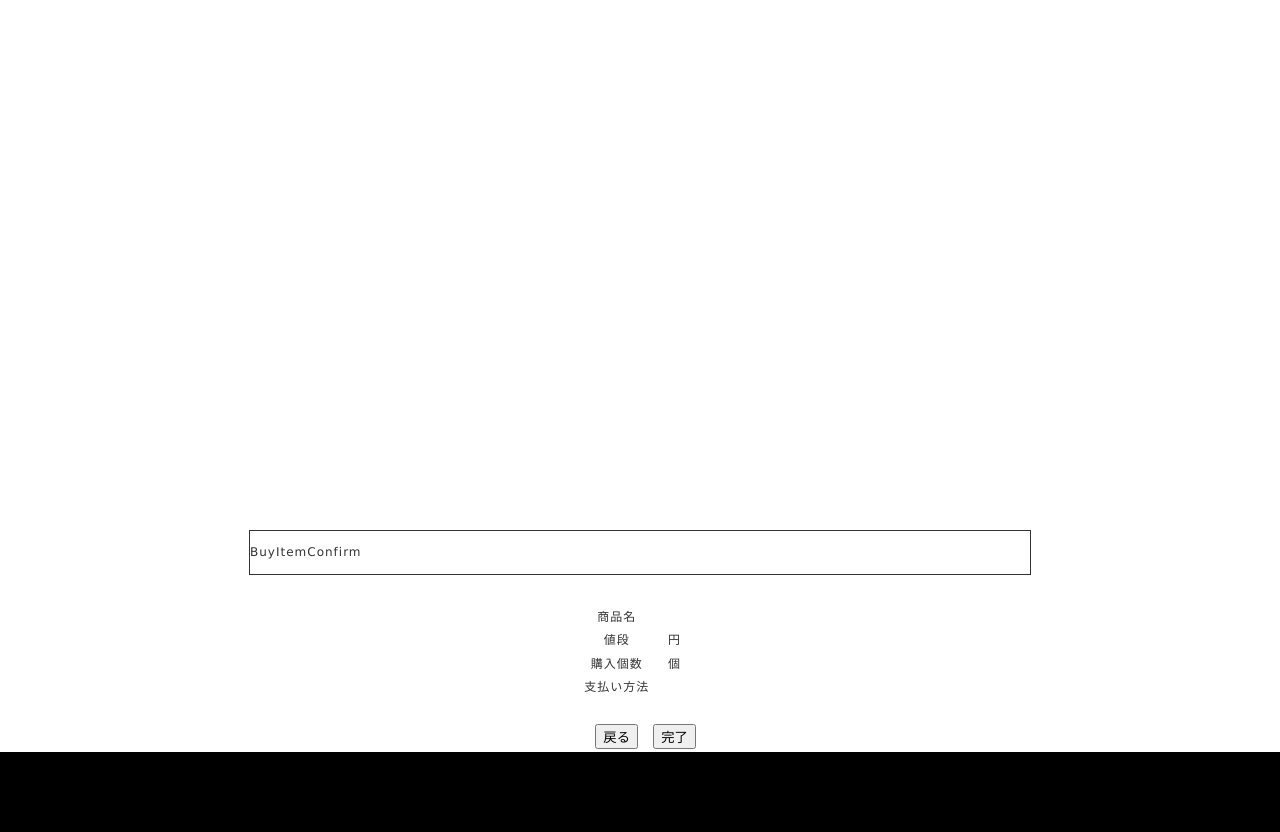
Repository: Sato718/backup
Page: http://localhost/ecsite/buyItemConfirm.jsp
An editor plug-in stored every save of this project. The page is shown before and after the next save, followed by the edit.
The browser window is 1280 px wide. The pictures show the whole page.
Some web libraries are served in a nearby version. The page is served by Tomcat 9. Other server files are loaded and not shown.

Above is the page before, as saved 2017-12-25 05:06:55.

### ecsite/WebContent/buyItemConfirm.jsp

<%@ page language="java" contentType="text/html; charset=UTF-8"
	pageEncoding="UTF-8"%>
<%@ taglib prefix="s" uri="/struts-tags" %>

<!DOCTYPE html>
<html>
<head>
	<meta charset="utf-8">
	<meta http-equiv="Content-Type" content="text/html; charset=utf-8" />
	<meta http-equiv="Content-Style-Type" content="text/css" />
	<meta http-equiv="Content-Script-Type" content="text/javascript" />
	<meta http-equiv="imagetoolbar" content="no" />
	<meta name="description" content="" />
	<meta name="keywords" content="" />
	<meta charset="utf-8">
	<script src="http://ajax.googleapis.com/ajax/libs/jquery/1.9.1/jquery.min.js">
	</script>
	<title>BuyItemConfirm画面</title>
	<style type="text/css">
	/* ========TAG LAYOUT======== */
		body {
			margin:0;
			padding:0;
			line-height:1.6;
			letter-spacing:1px;
			font-family:Verdana,Helvetica,sans-serif;
			font-size:12px;
			color:#333;
			background:#fff;
		}

		table {
			text-align:center;
			margin:0 auto;
		}

	/* ========ID LAYOUT======== */
		#top {
			width:780px;
			margin:30px auto;
			border:1px solid #333;
		}

		#header {
			width: 100%;
			height: 500px;
			text-align: center;
		}

		#footer {
			width: 100%;
			height: 80px;
			background-color: black;
			clear:both;
		}
	</style>
	<script type="text/javascript">
		function submitAction(url) {
			$('form').attr('action',url);
			$('form').submit();
		}
	</script>
</head>
<body>
	<div id="header">
		<div id="pr">
		</div>
	</div>
	<div id="main">
		<div id="top">
			<p>BuyItemConfirm</p>
		</div>
		<div>
			<s:form>
				<tr>
					<td>商品名</td>
					<td><s:property value="session.buyItem_name" /></td>
				</tr>
				<tr>
					<td>値段</td>
					<td><s:property value="session.total_price" /><span>円</span></td>
				</tr>
				<tr>
					<td>購入個数</td>
					<td><s:property value="session.count" /><span>個</span></td>
				</tr>
				<tr>
					<td>支払い方法</td>
					<td><s:property value="session.pay" /></td>
				</tr>
				<tr>
					<td>
						<br>
					</td>
				</tr>
				<tr>
					<td><input type="button" value="戻る" onclick="submitAction('HomeAction')" /></td>
					<td><input type="button" value="完了" onclick="submitAction('BuyItemConfirmAction')" /></td>
				</tr>
			</s:form>
		</div>
	</div>
	<div id="footer">
		<div id="pr">
		</div>
	</div>
</body>
</html>

After the next save:
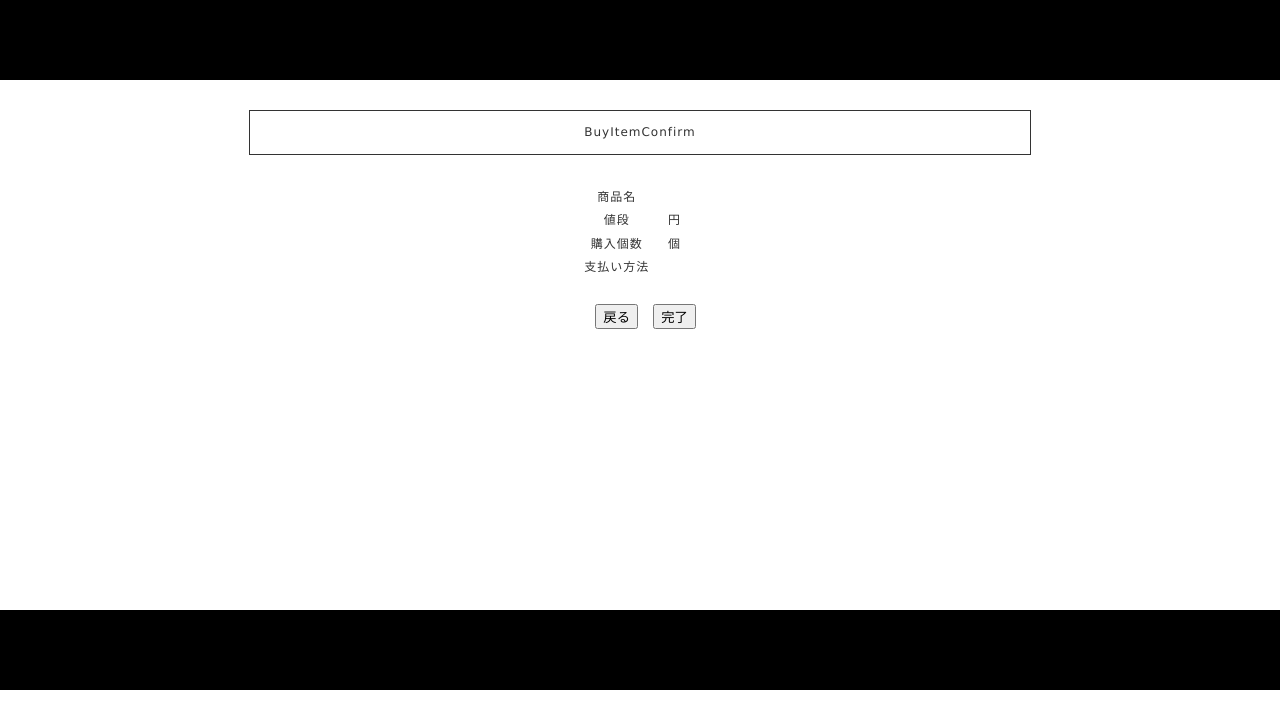
Saved 7 min 35 s later.
--- a/ecsite/WebContent/buyItemConfirm.jsp
+++ b/ecsite/WebContent/buyItemConfirm.jsp
@@ -43,6 +43,12 @@
 		}
 
 		#header {
+			width: 100%;
+			height: 80px;
+			background-color:black;
+		}
+
+		#main {
 			width: 100%;
 			height: 500px;
 			text-align: center;
